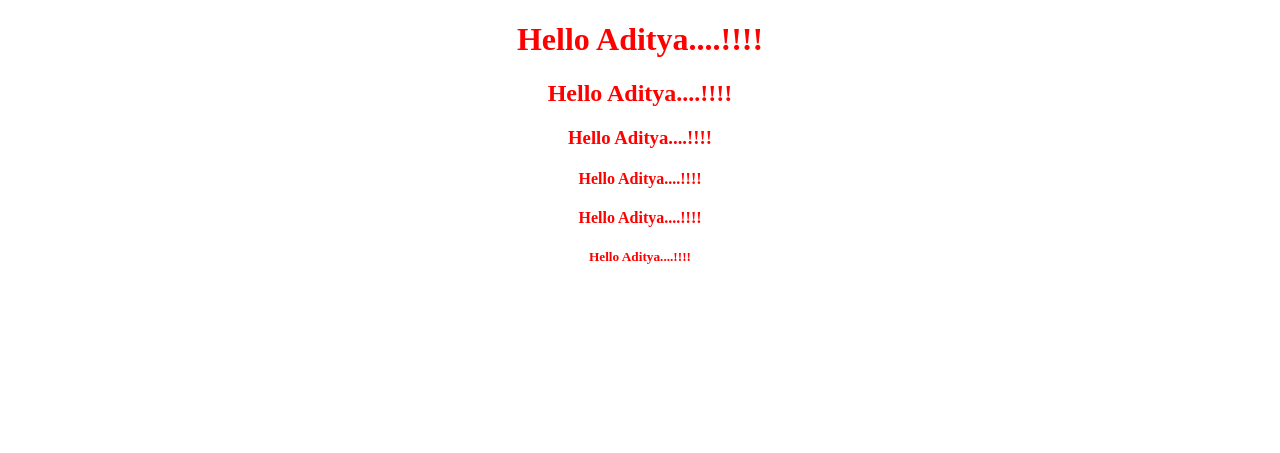
Repository: Adityayadav26/Advance-Java
Page: http://localhost/Web-Project/
An editor plug-in stored every save of this project. The page is shown before and after the next save, followed by the edit.
The browser window is 1280 px wide. The pictures show the whole page.
The page is served by Tomcat 9.

Above is the page before, as saved 2026-01-21 09:47:16.

After the next save:
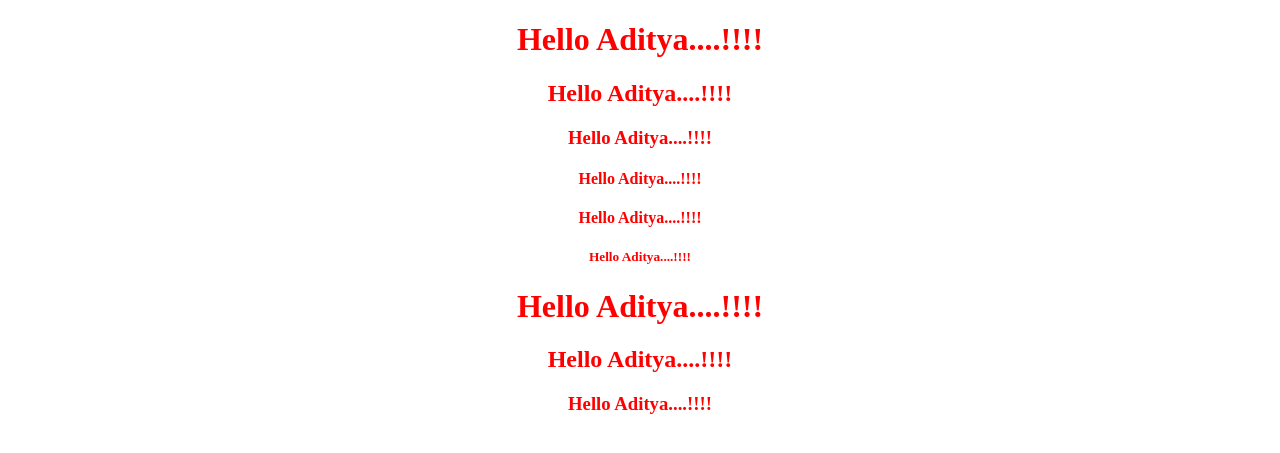
Saved 50 s later.
--- a/JspServlet/Web-Project/WebContent/index.jsp
+++ b/JspServlet/Web-Project/WebContent/index.jsp
@@ -9,11 +9,17 @@
 <body>
 	<div align="center" style="color: Red">
 		<h1>Hello Aditya....!!!!</h1>
-		<h2>Hello Aditya....!!!!</h2>
-		<h3>Hello Aditya....!!!!</h3>
-		<h4>Hello Aditya....!!!!</h4>
-		<h4>Hello Aditya....!!!!</h4>
-		<h5>Hello Aditya....!!!!</h5>
-	</div>
+		<h2>
+			Hello Aditya....!!!!
+			</h>
+			<h3>Hello Aditya....!!!!</h3>
+			<h4>Hello Aditya....!!!!</h4>
+			<h4>Hello Aditya....!!!!</h4>
+			<h5>Hello Aditya....!!!!</h5>
+			<h1>Hello Aditya....!!!!</h1>
+			<h2>
+				Hello Aditya....!!!!
+				</h>
+				<h3>Hello Aditya....!!!!</h3></div>
 </body>
 </html>
